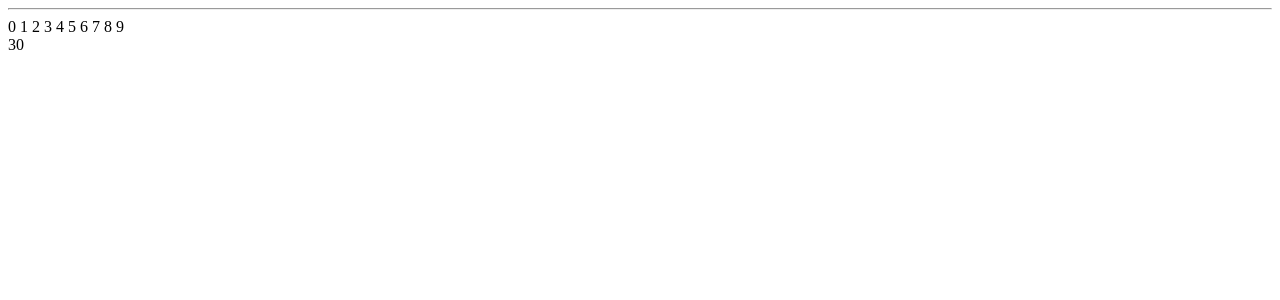
Repository: Show-And-Prove/jsp
Page: http://localhost/practice01/
The author's editor kept a copy of each file at every save. The page is drawn from the files as they stood at one save, then again after the next save.
The browser window is 1280 px wide. The pictures show the whole page.
The page is served by Tomcat 9.

Above is the page before, as saved 2022-10-11 05:53:25.

After the next save:
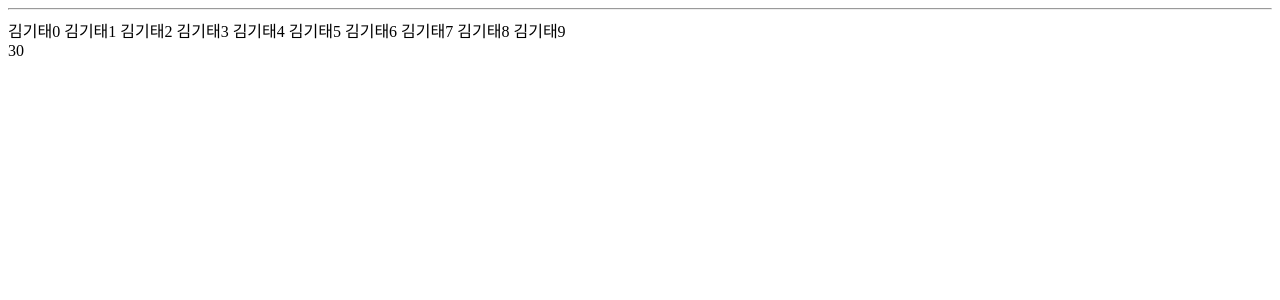
Saved 46 s later.
--- a/practice01/WebContent/index.jsp
+++ b/practice01/WebContent/index.jsp
@@ -18,13 +18,14 @@
 <%
 	//처리 구문 -> 스크립트릿(scriptlet) : 자바코드
 	int c;
+	String name = "김기태";
 	if(a>b){
 		c = a;
 	}else{
 		c = b;
 	}
 	for(int d=0;d<10;d++){
-		out.println(d);
+		out.println(name+d);
 	}
 %>
 <div id="result"><!-- 각주 --><%=c %>
